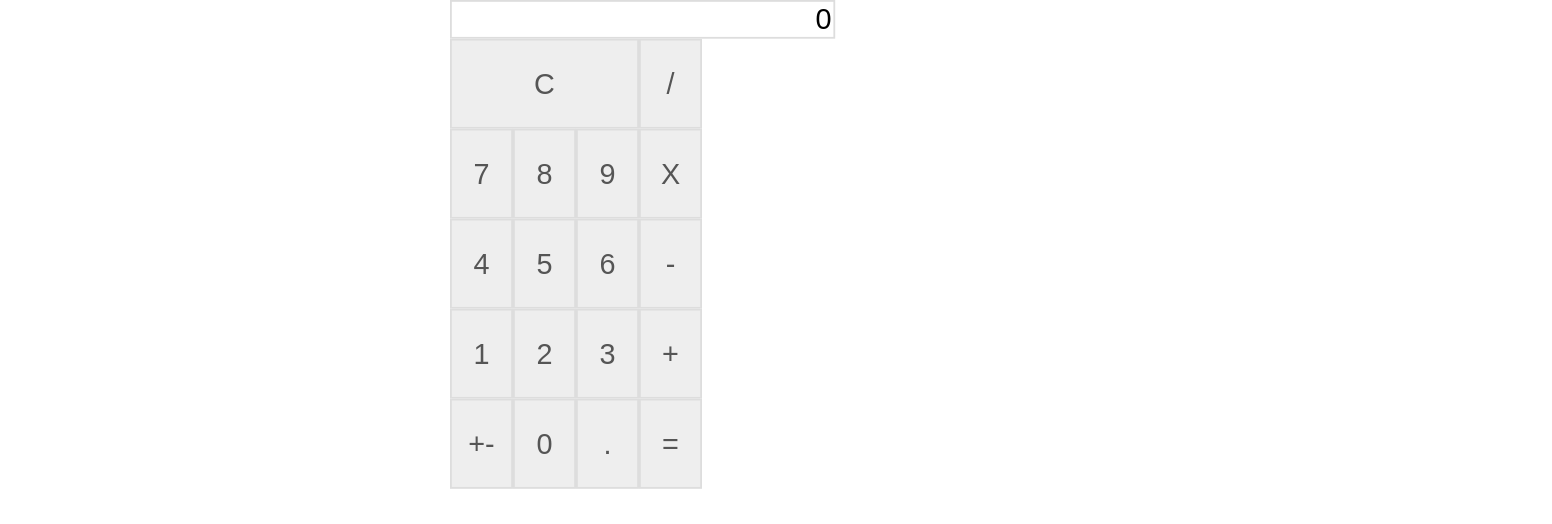
Repository: aaronmatei/react-calc
Page: /
The author's editor kept a copy of each file at every save. The page is drawn from the files as they stood at one save, then again after the next save.
The browser window is 1280 px wide. The page is 1280 px wide, then 1724 px, so the pictures cover 1724 px, including what lies to the right of the window. The pictures show the whole page, at 90% of full size.
The project was rebuilt for these pictures with package versions that can differ from the ones it lists, and the page was loaded fresh each time.

Above is the page before, as saved 2019-12-13 11:13:38.

### src/App.js
import React, { Component } from "react";
import Button from "./components/Button";
import "./App.css";
import "./css/styles.css";

class App extends Component {
	state = {
		current: "0",
		previous: [],
	};

	reset = () => {
		this.setState({ result: "0" });
	};
	addToCurrent = symbol => {
		this.setState({ current: this.state.current + symbol });
	};

	render() {
		const buttons = [
			{ symbol: "C", cols: 3, action: this.reset },
			{ symbol: "/", cols: 1, action: this.addToCurrent },
			{ symbol: "7", cols: 1, action: this.addToCurrent },
			{ symbol: "8", cols: 1, action: this.addToCurrent },
			{ symbol: "9", cols: 1, action: this.addToCurrent },
			{ symbol: "X", cols: 1, action: this.addToCurrent },
			{ symbol: "4", cols: 1, action: this.addToCurrent },
			{ symbol: "5", cols: 1, action: this.addToCurrent },
			{ symbol: "6", cols: 1, action: this.addToCurrent },
			{ symbol: "-", cols: 1, action: this.addToCurrent },
			{ symbol: "1", cols: 1, action: this.addToCurrent },
			{ symbol: "2", cols: 1, action: this.addToCurrent },
			{ symbol: "3", cols: 1, action: this.addToCurrent },
			{ symbol: "+", cols: 1, action: this.addToCurrent },
			{ symbol: "+-", cols: 1, action: this.addToCurrent },
			{ symbol: "0", cols: 1, action: this.addToCurrent },
			{ symbol: ".", cols: 1, action: this.addToCurrent },
			{ symbol: "=", cols: 1, action: this.addToCurrent },
		];
		return (
			<div className='App'>
				<input className='result' type='text' value={this.state.current} onChange={null} />

				{buttons.map((btn, idx) => {
					return (
						<Button key={idx} symbol={btn.symbol} cols={btn.cols} action={symbol => btn.action(symbol)} />
					);
				})}
			</div>
		);
	}
}

export default App;

### src/components/Button.jsx
import React, { Component } from "react";

class Button extends Component {
	render() {
		return (
			<div className={`column-${this.props.cols}`}>
				<button className='calc-button' onClick={() => this.props.action(this.props.symbol)}>
					{this.props.symbol}
				</button>
			</div>
		);
	}
}

export default Button;

### src/App.css
.App {
	text-align: center;
	align-items: center;
	padding-left: 500px;
	padding-right: 500px;
	margin-right: auto;
	margin-left: auto;
}

### src/css/styles.css
.column-3 {
	width: 75%;
	float: left;
}
.column-2 {
	width: 50%;
	float: left;
}
.column-1 {
	width: 25%;
	float: left;
}
button.calc-button {
	width: 100%;
	height: 100px;
	border: 2px solid #ddd;
	background: #eee;
	font-size: 32px;
	color: #555;
}

input.result {
	border: 2px solid #ddd;
	text-align: right;
	font-size: 32px;
	padding-left: ;
	padding-right: ;
}

Loaded but not shown: src/index.js (common file); src/index.css (common file); src/serviceWorker.js (common file)

After the next save:
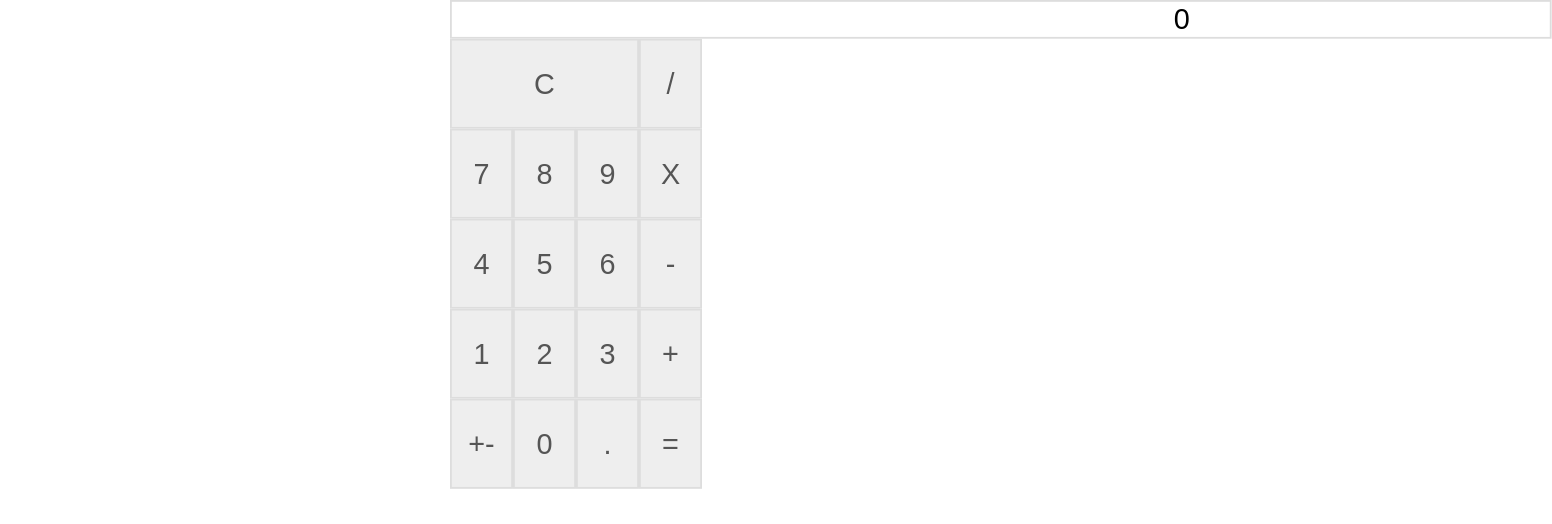
Saved 22 s later.
--- a/src/css/styles.css
+++ b/src/css/styles.css
@@ -23,6 +23,6 @@ input.result {
 	border: 2px solid #ddd;
 	text-align: right;
 	font-size: 32px;
-	padding-left: ;
-	padding-right: ;
+	padding-left: 400px;
+	padding-right: 400px;
 }
